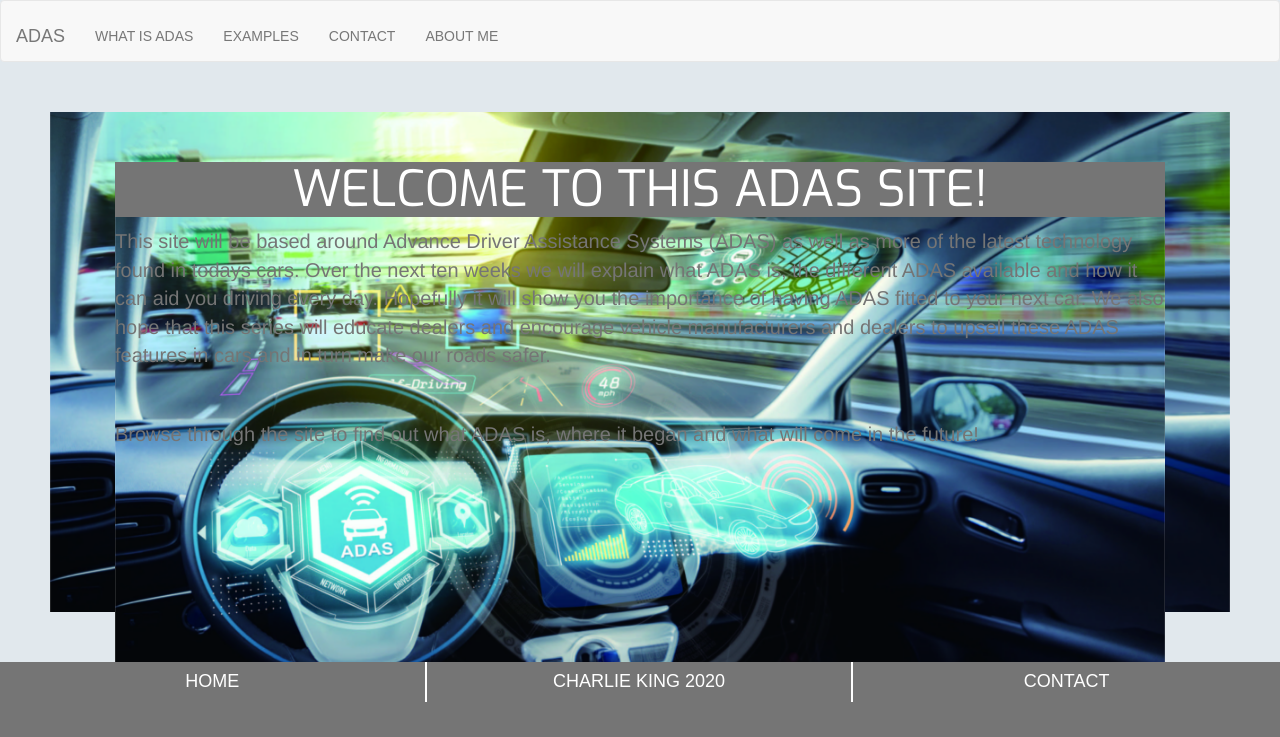
Repository: Cha-K28/First-Milestone-Project
Page: index.html
The author's editor kept a record of every edit. The page is drawn from the files as they stood at one moment, then again after the next edit.
The browser window is 1280 px wide. The pictures show the whole page.

Above is the page before.

After the next edit:
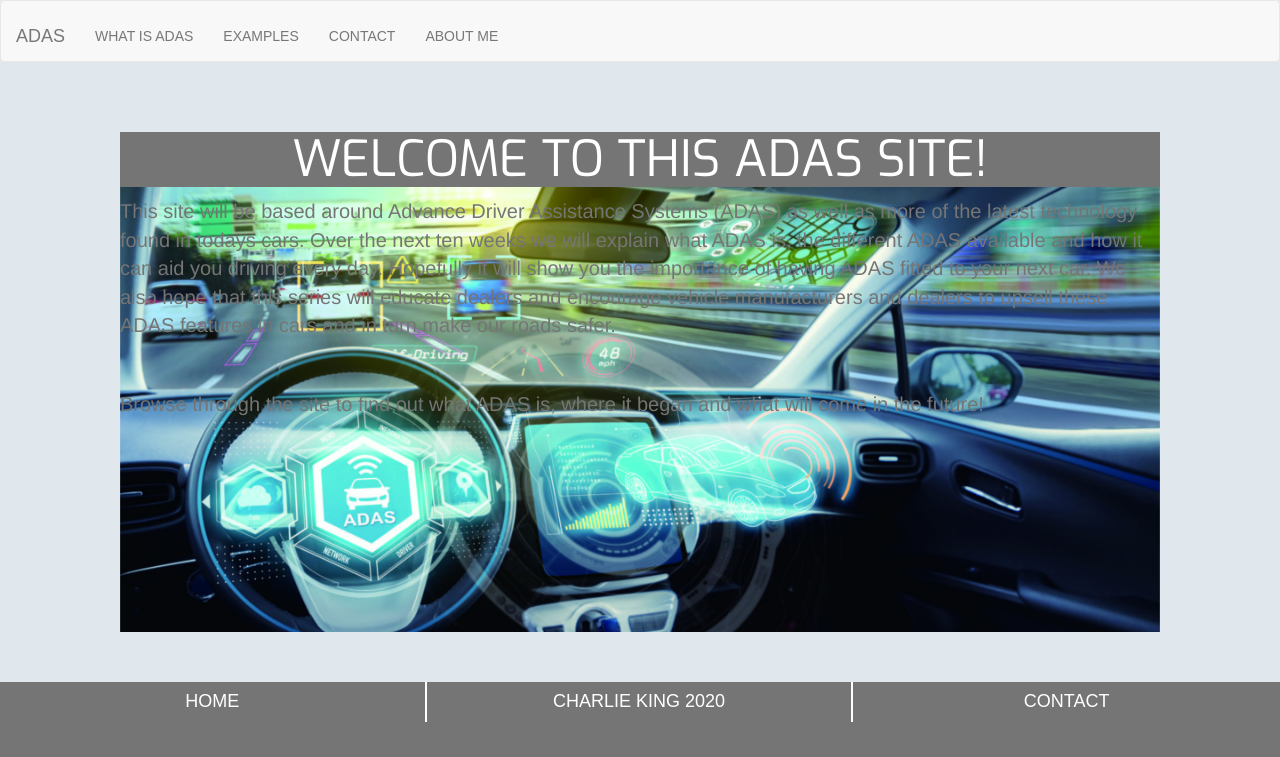
The edit:
--- a/index.html
+++ b/index.html
@@ -33,7 +33,7 @@
     <!-- End header  -->
 
     <!-- content -->
-    <div class="container background-image">
+    <div class="container">
 
         <div class="background-image">
 
